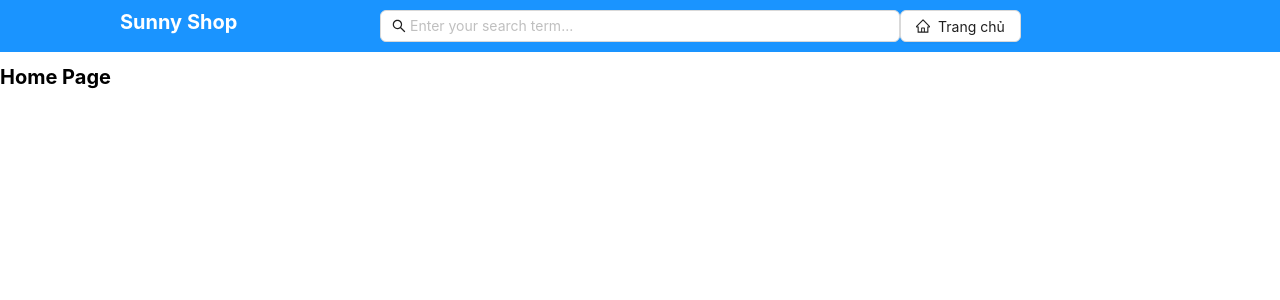
Repository: manhhieu120499/E-Commerce
Page: /
An editor plug-in stored every save of this project. The page is shown before and after the next save, followed by the edit.
The browser window is 1280 px wide. The pictures show the whole page.
The project was rebuilt for these pictures with package versions that can differ from the ones it lists, and the page was loaded fresh each time. Also part of the build but not shown: src/pages/product/Product.js, src/pages/order/Order.js, src/pages/notFound/NotFound.js, src/layouts/NormalLayout/NormalLayout.js.

Above is the page before, as saved 2024-12-31 18:21:13.

After the next save:
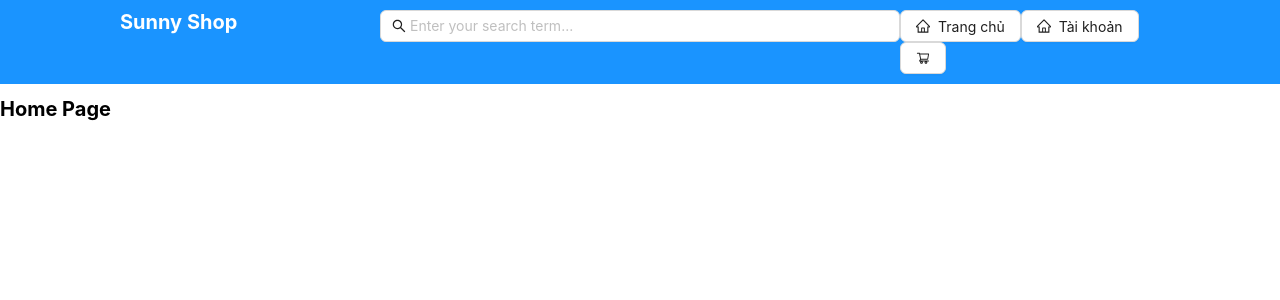
Saved 58 s later.
--- a/src/components/Header/Header.js
+++ b/src/components/Header/Header.js
@@ -1,7 +1,7 @@
 import { Button, Col, Row } from "antd";
 import { WrapperRow, WrapperSpan } from "./HeaderStyle";
 import Search from "antd/es/transfer/search";
-import { HomeOutlined } from "@ant-design/icons";
+import { HomeOutlined, ShoppingCartOutlined } from "@ant-design/icons";
 
 export default function Header({ children }) {
   return (
@@ -24,6 +24,13 @@ export default function Header({ children }) {
             <HomeOutlined />
             <span>Trang chủ</span>
           </Button>
+          <Button>
+            <HomeOutlined />
+            <span>Tài khoản</span>
+          </Button>
+          <Button>
+            <ShoppingCartOutlined />
+          </Button>
         </Col>
       </WrapperRow>
     </div>
